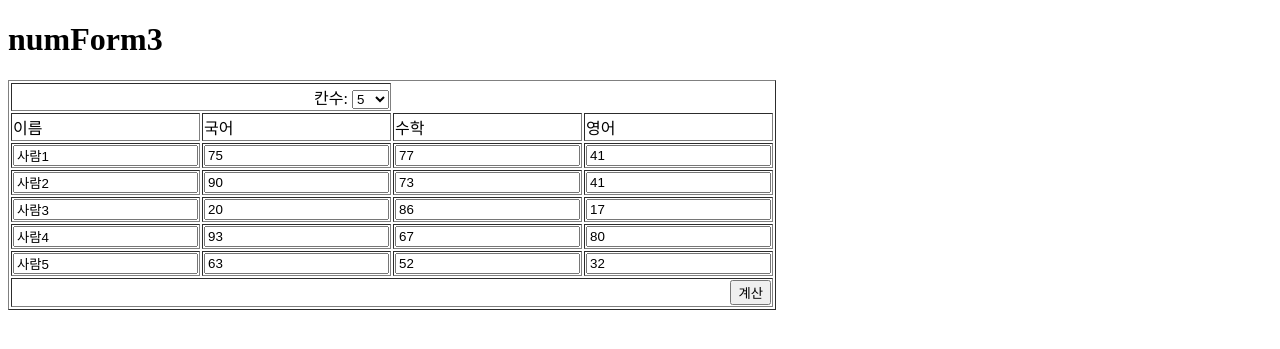
Repository: Jamikidu/newJsp
Page: http://localhost/jspProj/request/numForm3.jsp
These files come from the project's save history. The page is drawn as it stood at one moment and after the next save; the edit follows.
The browser window is 1280 px wide. The pictures show the whole page.
The page is served by Tomcat 9. Other server files are loaded and not shown.

Above is the page before, as saved 2023-07-28 11:53:23.

### jspProj/src/main/webapp/request/numForm3.jsp
<%@page import="oops_p.Exam"%>
<%@ page language="java" contentType="text/html; charset=UTF-8"
    pageEncoding="UTF-8"%>
<%
	int cnt = 5;
	if(request.getParameter("cnt") != null){
		cnt = Integer.parseInt(request.getParameter("cnt"));
	}


%>
<!DOCTYPE html>
<html>
<head>
<meta charset="UTF-8">
<title>numForm</title>
<script type="text/javascript">
	function cntChange(){

		qwer.action="?"
		qwer.submit()
	}
</script>
</head>
<body>
<h1>numForm3</h1>
<form action="numReg3.jsp" name="qwer">
	<table border="">
		<tr>
			<td colspan="2" align="right">
			칸수:
				<select name="cnt" id="" onchange="cntChange()">
				<% for(int i=5; i<=30; i+=5){
				   String sel ="";

				   if(i == cnt){
					   sel = "selected";
				   }
				%>
					<option <%=sel%>><%=i %></option>
				<% } %>
				</select>
			</td>

		</tr>
		<tr>
			<td>이름</td>
			<td>국어</td>
			<td>수학</td>
			<td>영어</td>
		</tr>

		 <% for(int i=0;i<cnt;i++){ %>
		 <tr>
			<td><input type="text" name="per" value="사람<%=i+1 %>"/></td>
			<td><input type="text" name="kor" value="<%=(int)(Math.random()*90)+10 %>" /></td>
			<td><input type="text" name="eng" value="<%=(int)(Math.random()*90)+10 %>" /></td>
			<td><input type="text" name="math" value="<%=(int)(Math.random()*90)+10 %>" /></td>
		</tr>
		<% } %>
		<tr>
			<td colspan="4" align="right">
				<input type="submit" value="계산" />
			</td>
		</tr>
	</table>
</form>

</body>
</html>

After the next save:
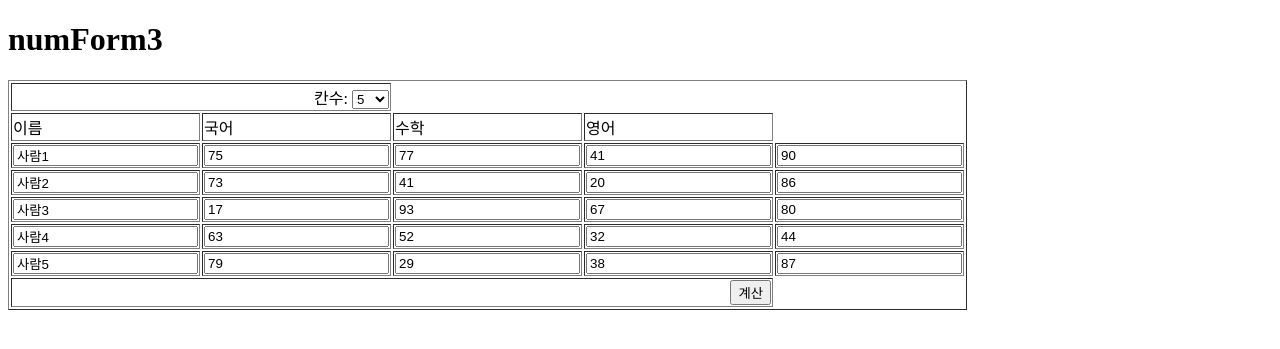
Saved 13 min 49 s later.
--- a/jspProj/src/main/webapp/request/numForm3.jsp
+++ b/jspProj/src/main/webapp/request/numForm3.jsp
@@ -56,6 +56,7 @@
 			<td><input type="text" name="kor" value="<%=(int)(Math.random()*90)+10 %>" /></td>
 			<td><input type="text" name="eng" value="<%=(int)(Math.random()*90)+10 %>" /></td>
 			<td><input type="text" name="math" value="<%=(int)(Math.random()*90)+10 %>" /></td>
+			<td><input type="text" name="soc" value="<%=(int)(Math.random()*90)+10 %>" /></td>
 		</tr>
 		<% } %>
 		<tr>
